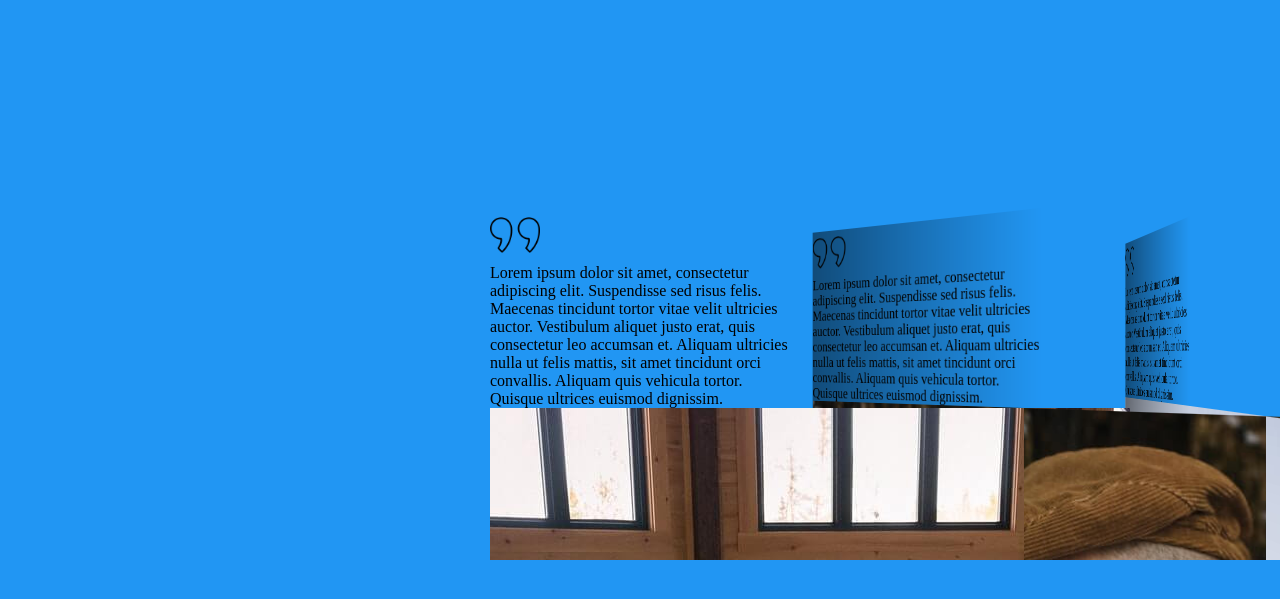
Repository: honghyunAhn/DailyFront
Page: Day210209_Responsive_Client_Testimonial_Section/index.html
The author's editor kept a copy of each file at every save. The page is drawn from the files as they stood at one save, then again after the next save.
The browser window is 1280 px wide. The pictures show the whole page.

Above is the page before, as saved 2021-02-10 22:12:50.

### Day210209_Responsive_Client_Testimonial_Section/index.html
<!DOCTYPE html>
<html lang="en">
<head>
    <meta charset="UTF-8">
    <meta http-equiv="X-UA-Compatible" content="IE=edge">
    <meta name="viewport" content="width=device-width, initial-scale=1.0">
    <title>Responsive Client Testimonial Section</title>
    <link rel="stylesheet" href="https://unpkg.com/swiper/swiper-bundle.min.css" />
    <link rel="stylesheet" href="style.css">
</head>
<body>
    <section>
        <div class="swiper-container">
            <div class="swiper-wrapper">
                <div class="swiper-slide">
                    <div class="testimonialBox">
                        <img src="img/quote.png" height="50px" width="50px" class="quote">
                        <div class="content">
                            <p>Lorem ipsum dolor sit amet, consectetur adipiscing elit.
                                Suspendisse sed risus felis. Maecenas tincidunt tortor
                                vitae velit ultricies auctor. Vestibulum aliquet justo erat,
                                quis consectetur leo accumsan et. Aliquam ultricies nulla ut
                                felis mattis, sit amet tincidunt orci convallis.
                                Aliquam quis vehicula tortor. Quisque ultrices euismod dignissim.</p>
                            <div class="details">
                                <div class="imgBx">
                                    <img src="img/1.jpg" alt="">
                                </div>
                                <h3>Someone Famous<br><span>Creative Designer</span></h3>
                            </div>
                        </div>
                    </div>
                </div>
                <div class="swiper-slide">
                    <div class="testimonialBox">
                        <img src="img/quote.png" height="50px" width="50px" class="quote">
                        <div class="content">
                            <p>Lorem ipsum dolor sit amet, consectetur adipiscing elit.
                                Suspendisse sed risus felis. Maecenas tincidunt tortor
                                vitae velit ultricies auctor. Vestibulum aliquet justo erat,
                                quis consectetur leo accumsan et. Aliquam ultricies nulla ut
                                felis mattis, sit amet tincidunt orci convallis.
                                Aliquam quis vehicula tortor. Quisque ultrices euismod dignissim.</p>
                            <div class="details">
                                <div class="imgBx">
                                    <img src="img/2.jpg" alt="">
                                </div>
                                <h3>Someone Famous<br><span>Creative Designer</span></h3>
                            </div>
                        </div>
                    </div>
                </div>
                <div class="swiper-slide">
                    <div class="testimonialBox">
                        <img src="img/quote.png" height="50px" width="50px" class="quote">
                        <div class="content">
                            <p>Lorem ipsum dolor sit amet, consectetur adipiscing elit.
                                Suspendisse sed risus felis. Maecenas tincidunt tortor
                                vitae velit ultricies auctor. Vestibulum aliquet justo erat,
                                quis consectetur leo accumsan et. Aliquam ultricies nulla ut
                                felis mattis, sit amet tincidunt orci convallis.
                                Aliquam quis vehicula tortor. Quisque ultrices euismod dignissim.</p>
                            <div class="details">
                                <div class="imgBx">
                                    <img src="img/3.jpg" alt="">
                                </div>
                                <h3>Someone Famous<br><span>Creative Designer</span></h3>
                            </div>
                        </div>
                    </div>
                </div>
            </div>
        </div>
    </section>
    <script src="https://unpkg.com/swiper/swiper-bundle.min.js"></script>
    <script>
        var swiper = new Swiper('.swiper-container', {
            effect: 'coverflow',
            grabCursor: true,
            centeredSlides: true,
            slidesPerView: 'auto',
            coverflowEffect: {
                rotate: 50,
                stretch: 0,
                depth: 100,
                modifier: 1,
                slideShadows: true,
            },
            pagination: {
                el: '.swiper-pagination',
            },
        });
    </script>
</body>
</html>

### Day210209_Responsive_Client_Testimonial_Section/style.css
@import url("https://fonts.googleapis.com/css?family=Poppins:200,300,400,500,600,700,800,900&display=swap");
* {
  margin: 0;
  padding: 0;
  box-sizing: border-box;
  font-family: "Poppins" sans-serif;
}
section {
  position: relative;
  width: 100%;
  min-height: 100vh;
  display: flex;
  justify-content: center;
  align-items: center;
  background: #2196f3;
  overflow: hidden;
}
.swiper-container {
  width: 100%;
  padding-top: 50px;
  padding-bottom: 50px;
}
.swiper-slide {
  background-position: center;
  background-size: cover;
  width: 300px;
  height: 300px;
}

After the next save:
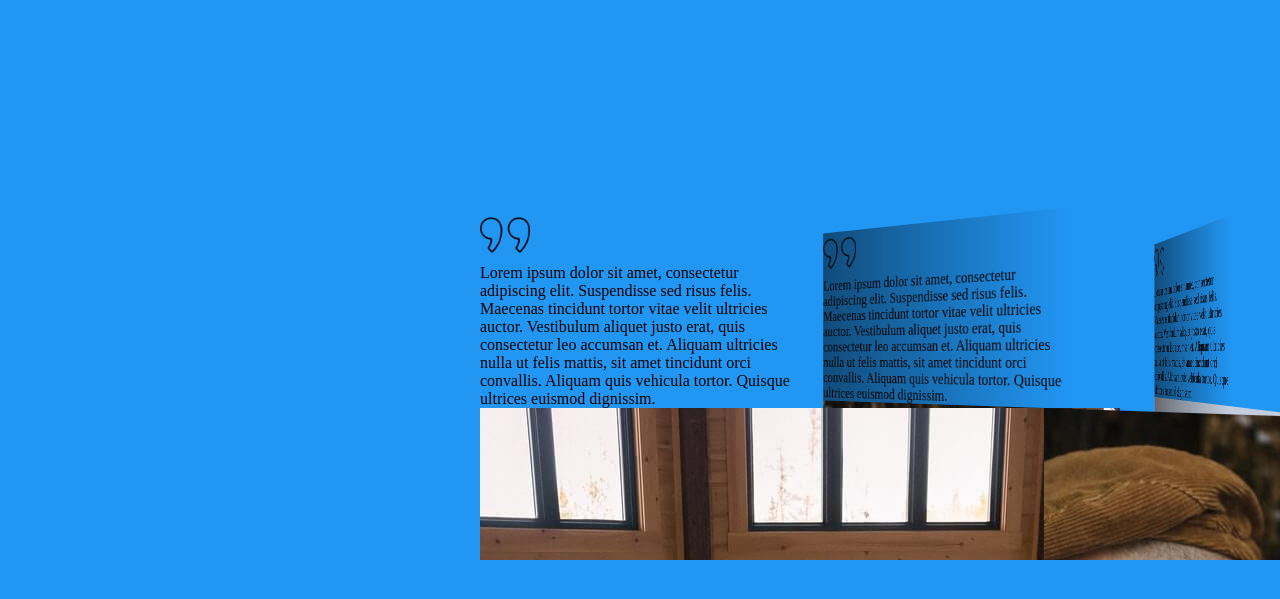
Saved 35 s later.
--- a/Day210209_Responsive_Client_Testimonial_Section/style.css
+++ b/Day210209_Responsive_Client_Testimonial_Section/style.css
@@ -23,6 +23,6 @@ section {
 .swiper-slide {
   background-position: center;
   background-size: cover;
-  width: 300px;
+  width: 320px;
   height: 300px;
 }
